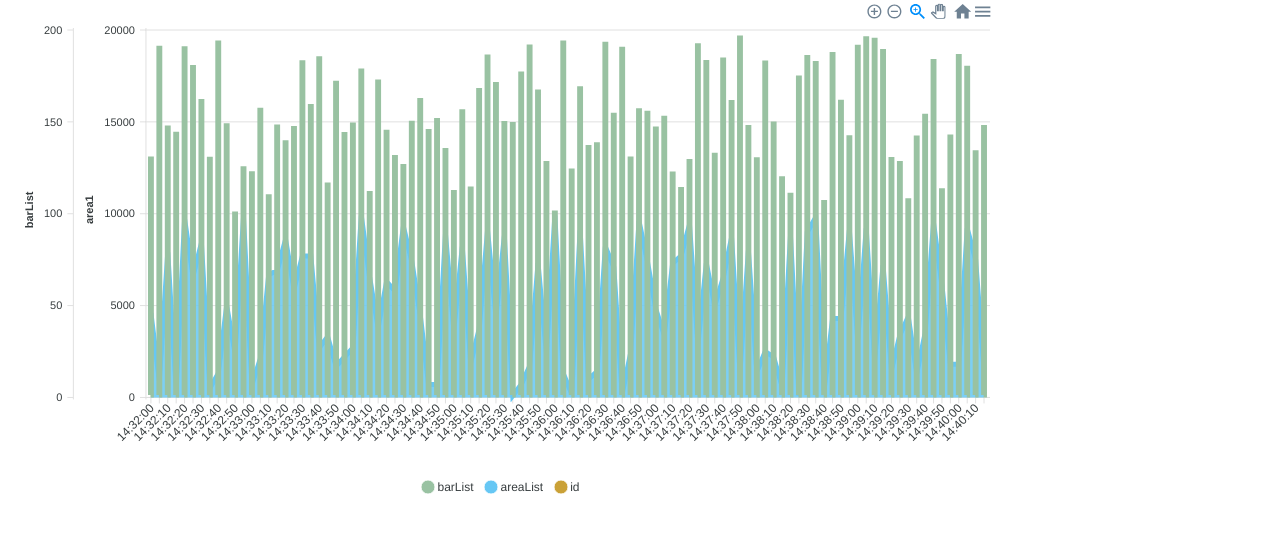
Repository: wanted-pre-onboarding-internship-1team/pre-onboarding-9th-3-1
Page: /
These files come from the project's save history. The page is drawn as it stood at one moment and after the next save; the edit follows.
The browser window is 1280 px wide. The pictures show the whole page.
The project was rebuilt for these pictures with package versions that can differ from the ones it lists, and the page was loaded fresh each time.

Above is the page before, as saved 2023-03-15 00:31:06.

### public/index.html
<!DOCTYPE html>
<html lang="en">
  <head>
    <meta charset="utf-8" />
    <link rel="icon" href="%PUBLIC_URL%/favicon.ico" />
    <meta name="viewport" content="width=device-width, initial-scale=1" />
    <meta name="theme-color" content="#000000" />

    <title>React App</title>
  </head>

  <body>
    <div id="root"></div>
  </body>
</html>

### src/index.tsx
import App from './App';
import './index.css';
import React from 'react';
import ReactDOM from 'react-dom/client';
import { BrowserRouter } from 'react-router-dom';

const root = ReactDOM.createRoot(
  document.getElementById('root') as HTMLElement
);
root.render(
  <BrowserRouter>
    <App />
  </BrowserRouter>
);

### src/App.tsx
import Router from './router/router';
import { createGlobalStyle } from 'styled-components';
import reset from 'styled-reset';

const GlobalStyle = createGlobalStyle`
  ${reset}
`;

function App() {
  return (
    <>
      <GlobalStyle />
      <Router />
    </>
  );
}

export default App;

### src/router/router.tsx
import Mainpage from '../pages/Mainpage';
import React from 'react';
import { Route, Routes } from 'react-router-dom';

export default function router() {
  return (
    <Routes>
      <Route path='/' element={<Mainpage />} />
    </Routes>
  );
}

### src/pages/Mainpage.tsx
import { api } from '../apis';
import { GetMockResponse } from '../apis/types/mock';
import useMockList from '../hooks/useMockList';
import axios from 'axios';
import React, { useEffect, useState } from 'react';
import ApexCharts from 'react-apexcharts';

export default function Mainpage() {
  const test = useMockList();
  console.log(test);
  return (
    <div>
      {/* <ApexCharts
        type='line'
        height='500'
        width='500'
        series={[
          {
            name: 'Column A',
            type: 'column',
            data: [21.1, 23, 33.1, 34, 44.1, 44.9, 56.5, 58.5],
          },
          {
            name: 'Column B',
            type: 'column',
            data: [10, 19, 27, 26, 34, 35, 40, 38],
          },
          {
            name: 'Line C',
            type: 'line',
            data: [1.4, 2, 2.5, 1.5, 2.5, 2.8, 3.8, 4.6],
          },
        ]}
        options={{
          theme: {
            mode: 'dark',
          },
          chart: {
            toolbar: {
              show: false,
            },
          },
          grid: { show: false },
          stroke: {
            curve: 'smooth',
            width: 5,
          },
          xaxis: {
            categories: [2009, 2010, 2011, 2012, 2013, 2014, 2015, 2016],
          },
          yaxis: [
            {
              seriesName: 'Column A',
              axisTicks: {
                show: true,
              },
              axisBorder: {
                show: true,
              },
              title: {
                text: 'Columns',
              },
            },
            {
              seriesName: 'Column A',
              show: false,
            },
            {
              opposite: true,
              seriesName: 'Line C',
              axisTicks: {
                show: true,
              },
              axisBorder: {
                show: true,
              },
              title: {
                text: 'Line',
              },
            },
          ],
          colors: ['#99C2A2', '#C5EDAC', '#66C7F4'],
          legend: {
            horizontalAlign: 'left',
            offsetX: 40,
          },
        }}
      /> */}
      <ApexCharts
        height='500'
        width='1000'
        series={[
          {
            name: 'barList',
            type: 'column',
            data: test.barValueList,
          },
          {
            name: 'areaList',
            type: 'area',
            data: test.areaValueList,
          },
          {
            name: 'id',
            type: 'none',
            data: test.areaValueList,
          },
        ]}
        options={{
          dataLabels: {
            enabled: false,
          },

          yaxis: [
            {
              seriesName: 'barList',
              axisTicks: {
                show: true,
              },
              axisBorder: {
                show: true,
              },
              title: {
                text: 'area1',
              },
            },
            {
              seriesName: 'areaList',
              axisTicks: {
                show: true,
              },
              axisBorder: {
                show: true,
              },
              title: {
                text: 'barList',
              },
            },
            {
              seriesName: 'id',
              show: false,
            },
          ],
          xaxis: {
            categories: test.timeList,
          },
          colors: ['#99C2A2', '#66C7F4', '#caa137'],
        }}
      />
    </div>
  );
}

{
  /* <div>
<ApexCharts
  height='500'
  width='1000'
  series={[
    {
      name: 'TEAM A',
      type: 'column',
      data: test.areaValueList,
    },
  ]}
  options={{
    grid: {
      row: {
        colors: ['#f3f3f3', 'transparent'],
        opacity: 0.5,
      },
    },
    stroke: {
      width: [0, 2, 5],
      curve: 'smooth',
    },

    xaxis: {
      categories: test.timeList,
    },
    colors: ['red', 'blue'],
  }}
/>
</div> */
}

### src/hooks/useMockList.ts
import { api } from '../apis';
import { GetMockResponse } from '../apis/types/mock';
import { useEffect, useState } from 'react';

export default function useMockList() {
  const [originData, setOriginData] = useState<GetMockResponse['response']>();

  const dateList = originData ? Object.keys(originData) : [];

  const timeList = originData
    ? Object.keys(originData).map(time => time.split(' ')[1])
    : [];

  const idList = originData
    ? Object.entries(originData).map(entry => entry[1].id)
    : [];

  const barValueList = originData
    ? Object.entries(originData).map(entry => entry[1].value_bar)
    : [];

  const areaValueList = originData
    ? Object.entries(originData).map(entry => entry[1].value_area)
    : [];

  useEffect(() => {
    api.mock.getMockDatas().then(res => {
      const { data } = res;
      setOriginData(data.response);
    });
  }, []);

  return { timeList, dateList, idList, barValueList, areaValueList };
}

### src/apis/index.ts
import { instance } from './instance';
import MockService from './mockService';

const mockService = new MockService(instance);

export const api = { mock: mockService };

### src/apis/instance.ts
import axios, { AxiosInstance, AxiosRequestConfig, AxiosResponse } from 'axios';

interface CustomInstance extends AxiosInstance {
  get<T = unknown, R = AxiosResponse<T>, D = unknown>(
    url: string,
    config?: AxiosRequestConfig<D>
  ): Promise<R>;
}

const instance: CustomInstance = axios.create({
  baseURL: '/',
});

export { instance };

### src/apis/mockService.ts
import { instance } from './instance';
import { GetMockResponse } from './types/mock';

export default class MockService {
  constructor(private api: typeof instance) {}
  getMockDatas = async () => this.api.get<GetMockResponse>('data/mock.json');
}

### public/data/mock.json
{
  "type": "Flexsys Mock API",
  "version": 1.0,
  "response": {
    "2023-02-01 14:32:00": {
      "id": "성북구",
      "value_area": 46,
      "value_bar": 13111
    },
    "2023-02-01 14:32:05": {
      "id": "강남구",
      "value_area": 9,
      "value_bar": 19143
    },
    "2023-02-01 14:32:10": {
      "id": "노원구",
      "value_area": 79,
      "value_bar": 14798
    },
    "2023-02-01 14:32:15": {
      "id": "중랑구",
      "value_area": 4,
      "value_bar": 14456
    },
    "2023-02-01 14:32:20": {
      "id": "노원구",
      "value_area": 97,
      "value_bar": 19116
    },
    "2023-02-01 14:32:25": {
      "id": "성북구",
      "value_area": 66,
      "value_bar": 18098
    },
    "2023-02-01 14:32:30": {
      "id": "중랑구",
      "value_area": 84,
      "value_bar": 16243
    },
    "2023-02-01 14:32:35": {
      "id": "강남구",
      "value_area": 5,
      "value_bar": 13100
    },
    "2023-02-01 14:32:40": {
      "id": "성북구",
      "value_area": 13,
      "value_bar": 19429
    },
    "2023-02-01 14:32:45": {
      "id": "노원구",
      "value_area": 50,
      "value_bar": 14923
    },
    "2023-02-01 14:32:50": {
      "id": "강남구",
      "value_area": 24,
      "value_bar": 10127
    },
    "2023-02-01 14:32:55": {
      "id": "강남구",
      "value_area": 98,
      "value_bar": 12583
    },
    "2023-02-01 14:33:00": {
      "id": "중랑구",
      "value_area": 7,
      "value_bar": 12310
    },
    "2023-02-01 14:33:05": {
      "id": "중랑구",
      "value_area": 21,
      "value_bar": 15764
    },
    "2023-02-01 14:33:10": {
      "id": "강남구",
      "value_area": 67,
      "value_bar": 11060
    },
    "2023-02-01 14:33:15": {
      "id": "강남구",
      "value_area": 69,
      "value_bar": 14857
    },
    "2023-02-01 14:33:20": {
      "id": "노원구",
      "value_area": 86,
      "value_bar": 13995
    },
    "2023-02-01 14:33:25": {
      "id": "중랑구",
      "value_area": 59,
      "value_bar": 14773
    },
    "2023-02-01 14:33:30": {
      "id": "노원구",
      "value_area": 77,
      "value_bar": 18347
    },
    "2023-02-01 14:33:35": {
      "id": "성북구",
      "value_area": 77,
      "value_bar": 15970
    },
    "2023-02-01 14:33:40": {
      "id": "성북구",
      "value_area": 27,
      "value_bar": 18577
    },
    "2023-02-01 14:33:45": {
      "id": "성북구",
      "value_area": 33,
      "value_bar": 11704
    },
    "2023-02-01 14:33:50": {
      "id": "성북구",
      "value_area": 17,
      "value_bar": 17241
    },
    "2023-02-01 14:33:55": {
      "id": "노원구",
      "value_area": 22,
      "value_bar": 14450
    },
    "2023-02-01 14:34:00": {
      "id": "중랑구",
      "value_area": 27,
      "value_bar": 14970
    },
    "2023-02-01 14:34:05": {
      "id": "중랑구",
      "value_area": 99,
      "value_bar": 17906
    },
    "2023-02-01 14:34:10": {
      "id": "강남구",
      "value_area": 65,
      "value_bar": 11233
    },
    "2023-02-01 14:34:15": {
      "id": "노원구",
      "value_area": 38,
      "value_bar": 17306
    },
    "2023-02-01 14:34:20": {
      "id": "성북구",
      "value_area": 63,
      "value_bar": 14577
    },
    "2023-02-01 14:34:25": {
      "id": "중랑구",
      "value_area": 58,
      "value_bar": 13199
    },
    "2023-02-01 14:34:30": {
      "id": "중랑구",
      "value_area": 93,
      "value_bar": 12707
    },
    "2023-02-01 14:34:35": {
      "id": "강남구",
      "value_area": 74,
      "value_bar": 15064
    },
    "2023-02-01 14:34:40": {
      "id": "강남구",
      "value_area": 45,
      "value_bar": 16300
    },
    "2023-02-01 14:34:45": {
      "id": "성북구",
      "value_area": 7,
      "value_bar": 14605
    },
    "2023-02-01 14:34:50": {
      "id": "노원구",
      "value_area": 7,
      "value_bar": 15210
    },
    "2023-02-01 14:34:55": {
      "id": "성북구",
      "value_area": 89,
      "value_bar": 13578
    },
    "2023-02-01 14:35:00": {
      "id": "중랑구",
      "value_area": 37,
      "value_bar": 11298
    },
    "2023-02-01 14:35:05": {
      "id": "노원구",
      "value_area": 82,
      "value_bar": 15686
    },
    "2023-02-01 14:35:10": {
      "id": "중랑구",
      "value_area": 19,
      "value_bar": 11485
    },
    "2023-02-01 14:35:15": {
      "id": "성북구",
      "value_area": 37,
      "value_bar": 16848
    },
    "2023-02-01 14:35:20": {
      "id": "성북구",
      "value_area": 91,
      "value_bar": 18670
    },
    "2023-02-01 14:35:25": {
      "id": "강남구",
      "value_area": 44,
      "value_bar": 17165
    },
    "2023-02-01 14:35:30": {
      "id": "성북구",
      "value_area": 88,
      "value_bar": 15053
    },
    "2023-02-01 14:35:35": {
      "id": "성북구",
      "value_area": 1,
      "value_bar": 14998
    },
    "2023-02-01 14:35:40": {
      "id": "강남구",
      "value_area": 7,
      "value_bar": 17739
    },
    "2023-02-01 14:35:45": {
      "id": "중랑구",
      "value_area": 17,
      "value_bar": 19212
    },
    "2023-02-01 14:35:50": {
      "id": "노원구",
      "value_area": 73,
      "value_bar": 16757
    },
    "2023-02-01 14:35:55": {
      "id": "노원구",
      "value_area": 24,
      "value_bar": 12864
    },
    "2023-02-01 14:36:00": {
      "id": "노원구",
      "value_area": 99,
      "value_bar": 10178
    },
    "2023-02-01 14:36:05": {
      "id": "성북구",
      "value_area": 13,
      "value_bar": 19425
    },
    "2023-02-01 14:36:10": {
      "id": "강남구",
      "value_area": 2,
      "value_bar": 12455
    },
    "2023-02-01 14:36:15": {
      "id": "노원구",
      "value_area": 91,
      "value_bar": 16945
    },
    "2023-02-01 14:36:20": {
      "id": "성북구",
      "value_area": 10,
      "value_bar": 13734
    },
    "2023-02-01 14:36:25": {
      "id": "성북구",
      "value_area": 14,
      "value_bar": 13894
    },
    "2023-02-01 14:36:30": {
      "id": "중랑구",
      "value_area": 82,
      "value_bar": 19367
    },
    "2023-02-01 14:36:35": {
      "id": "중랑구",
      "value_area": 71,
      "value_bar": 15492
    },
    "2023-02-01 14:36:40": {
      "id": "강남구",
      "value_area": 2,
      "value_bar": 19082
    },
    "2023-02-01 14:36:45": {
      "id": "노원구",
      "value_area": 24,
      "value_bar": 13117
    },
    "2023-02-01 14:36:50": {
      "id": "노원구",
      "value_area": 96,
      "value_bar": 15744
    },
    "2023-02-01 14:36:55": {
      "id": "성북구",
      "value_area": 74,
      "value_bar": 15609
    },
    "2023-02-01 14:37:00": {
      "id": "노원구",
      "value_area": 48,
      "value_bar": 14747
    },
    "2023-02-01 14:37:05": {
      "id": "중랑구",
      "value_area": 34,
      "value_bar": 15331
    },
    "2023-02-01 14:37:10": {
      "id": "노원구",
      "value_area": 73,
      "value_bar": 12292
    },
    "2023-02-01 14:37:15": {
      "id": "강남구",
      "value_area": 77,
      "value_bar": 11454
    },
    "2023-02-01 14:37:20": {
      "id": "강남구",
      "value_area": 94,
      "value_bar": 12972
    },
    "2023-02-01 14:37:25": {
      "id": "성북구",
      "value_area": 29,
      "value_bar": 19279
    },
    "2023-02-01 14:37:30": {
      "id": "노원구",
      "value_area": 73,
      "value_bar": 18371
    },
    "2023-02-01 14:37:35": {
      "id": "노원구",
      "value_area": 50,
      "value_bar": 13317
    },
    "2023-02-01 14:37:40": {
      "id": "강남구",
      "value_area": 65,
      "value_bar": 18504
    },
    "2023-02-01 14:37:45": {
      "id": "성북구",
      "value_area": 87,
      "value_bar": 16196
    },
    "2023-02-01 14:37:50": {
      "id": "강남구",
      "value_area": 14,
      "value_bar": 19701
    },
    "2023-02-01 14:37:55": {
      "id": "중랑구",
      "value_area": 80,
      "value_bar": 14836
    },
    "2023-02-01 14:38:00": {
      "id": "노원구",
      "value_area": 14,
      "value_bar": 13074
    },
    "2023-02-01 14:38:05": {
      "id": "성북구",
      "value_area": 25,
      "value_bar": 18335
    },
    "2023-02-01 14:38:10": {
      "id": "중랑구",
      "value_area": 22,
      "value_bar": 15022
    },
    "2023-02-01 14:38:15": {
      "id": "노원구",
      "value_area": 6,
      "value_bar": 12043
    },
    "2023-02-01 14:38:20": {
      "id": "중랑구",
      "value_area": 88,
      "value_bar": 11144
    },
    "2023-02-01 14:38:25": {
      "id": "강남구",
      "value_area": 1,
      "value_bar": 17518
    },
    "2023-02-01 14:38:30": {
      "id": "노원구",
      "value_area": 90,
      "value_bar": 18643
    },
    "2023-02-01 14:38:35": {
      "id": "성북구",
      "value_area": 98,
      "value_bar": 18318
    },
    "2023-02-01 14:38:40": {
      "id": "중랑구",
      "value_area": 4,
      "value_bar": 10746
    },
    "2023-02-01 14:38:45": {
      "id": "강남구",
      "value_area": 43,
      "value_bar": 18806
    },
    "2023-02-01 14:38:50": {
      "id": "중랑구",
      "value_area": 43,
      "value_bar": 16209
    },
    "2023-02-01 14:38:55": {
      "id": "강남구",
      "value_area": 91,
      "value_bar": 14273
    },
    "2023-02-01 14:39:00": {
      "id": "성북구",
      "value_area": 31,
      "value_bar": 19193
    },
    "2023-02-01 14:39:05": {
      "id": "성북구",
      "value_area": 92,
      "value_bar": 19661
    },
    "2023-02-01 14:39:10": {
      "id": "노원구",
      "value_area": 20,
      "value_bar": 19574
    },
    "2023-02-01 14:39:15": {
      "id": "중랑구",
      "value_area": 72,
      "value_bar": 18963
    },
    "2023-02-01 14:39:20": {
      "id": "강남구",
      "value_area": 15,
      "value_bar": 13083
    },
    "2023-02-01 14:39:25": {
      "id": "성북구",
      "value_area": 34,
      "value_bar": 12868
    },
    "2023-02-01 14:39:30": {
      "id": "강남구",
      "value_area": 44,
      "value_bar": 10836
    },
    "2023-02-01 14:39:35": {
      "id": "중랑구",
      "value_area": 13,
      "value_bar": 14255
    },
    "2023-02-01 14:39:40": {
      "id": "노원구",
      "value_area": 35,
      "value_bar": 15437
    },
    "2023-02-01 14:39:45": {
      "id": "중랑구",
      "value_area": 95,
      "value_bar": 18426
    },
    "2023-02-01 14:39:50": {
      "id": "강남구",
      "value_area": 61,
      "value_bar": 11387
    },
    "2023-02-01 14:39:55": {
      "id": "성북구",
      "value_area": 18,
      "value_bar": 14312
    },
    "2023-02-01 14:40:00": {
      "id": "성북구",
      "value_area": 18,
      "value_bar": 18700
    },
    "2023-02-01 14:40:05": {
      "id": "중랑구",
      "value_area": 92,
      "value_bar": 18053
    },
    "2023-02-01 14:40:10": {
      "id": "강남구",
      "value_area": 75,
      "value_bar": 13460
    },
    "2023-02-01 14:40:15": {
      "id": "성북구",
      "value_area": 15,
      "value_bar": 14829
    }
  }
}

Loaded but not shown: src/index.css (common file)

After the next save:
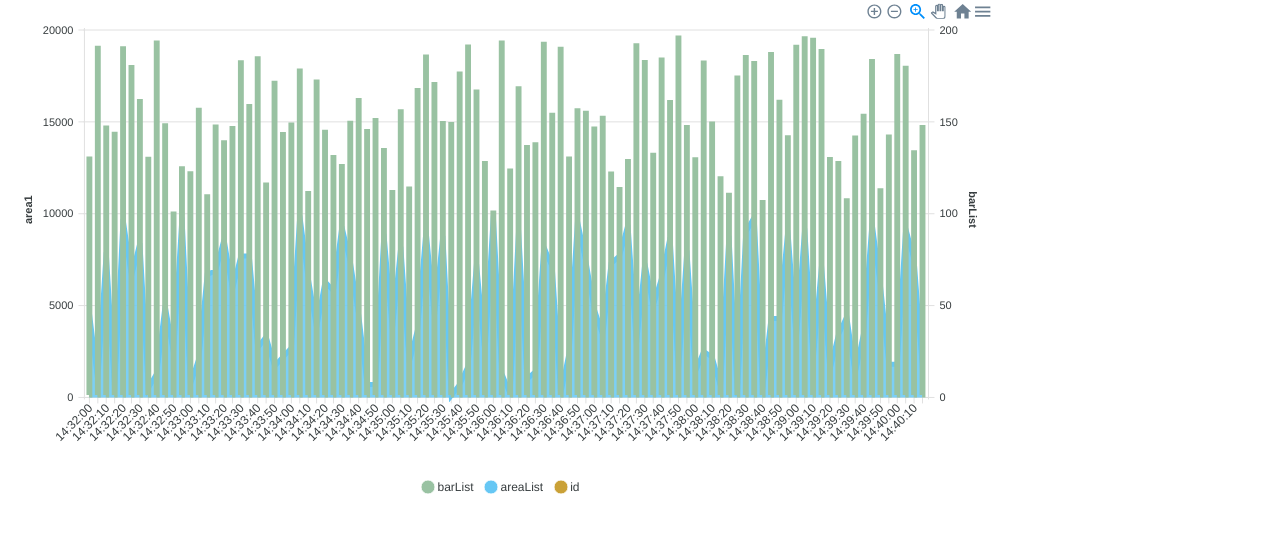
Saved 56 s later.
--- a/src/pages/Mainpage.tsx
+++ b/src/pages/Mainpage.tsx
@@ -125,6 +125,7 @@ export default function Mainpage() {
               },
             },
             {
+              opposite: true,
               seriesName: 'areaList',
               axisTicks: {
                 show: true,
